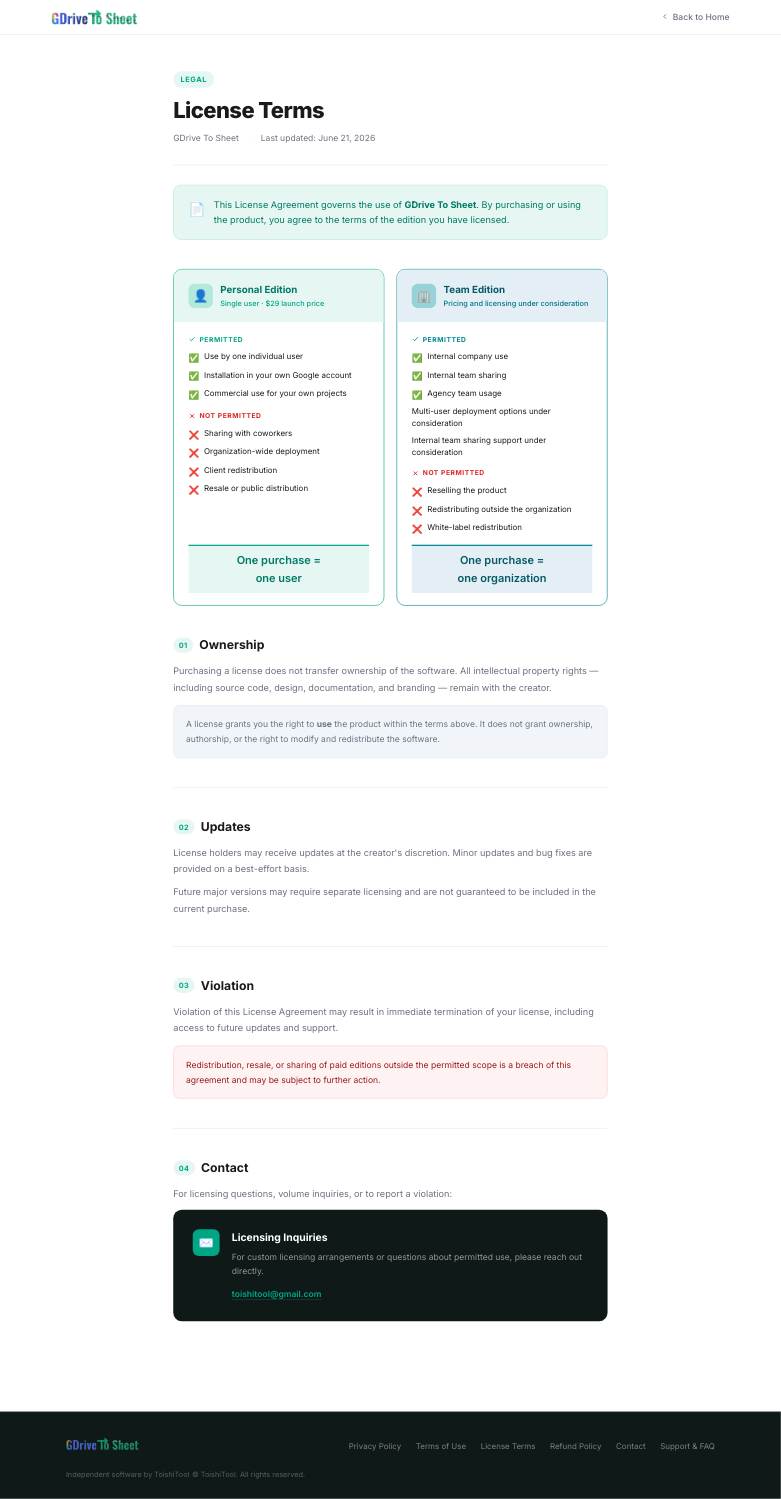
Repository: toishitool/gdrive-to-sheet
Page: license.html
The author's editor kept a copy of each file at every save. The page is drawn from the files as they stood at one save, then again after the next save.
The browser window is 1280 px wide. The pictures show the whole page, at 61% of full size.

Above is the page before, as saved 2026-06-21 20:45:32.

After the next save:
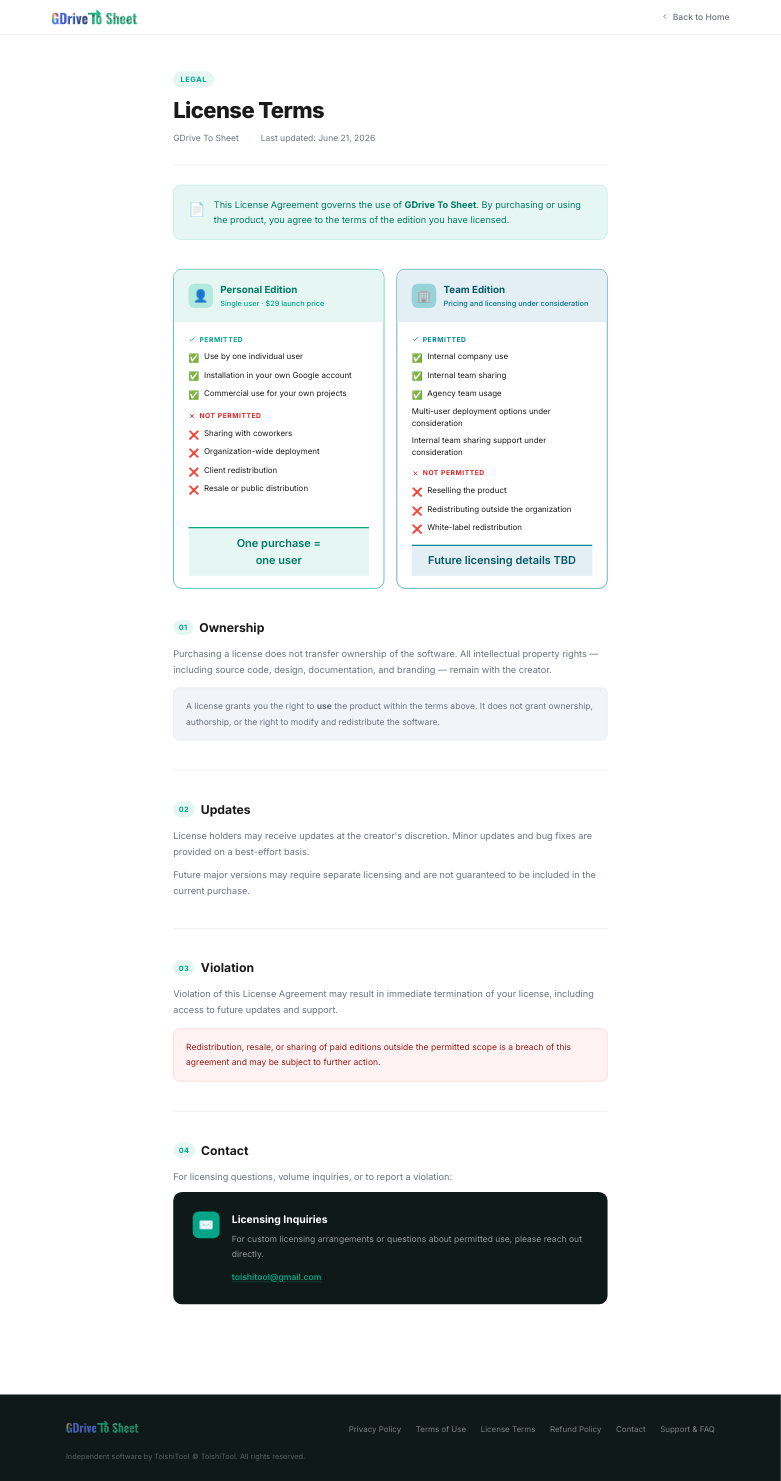
Saved 47 s later.
--- a/license.html
+++ b/license.html
@@ -109,7 +109,7 @@
               <li><span class="ci">❌</span> White-label redistribution</li>
             </ul>
           </div>
-          <div class="card-note">One purchase =<br>one organization</div>
+          <div class="card-note">Future licensing details TBD</div>
         </div>
       </div>
 

After the save that followed:
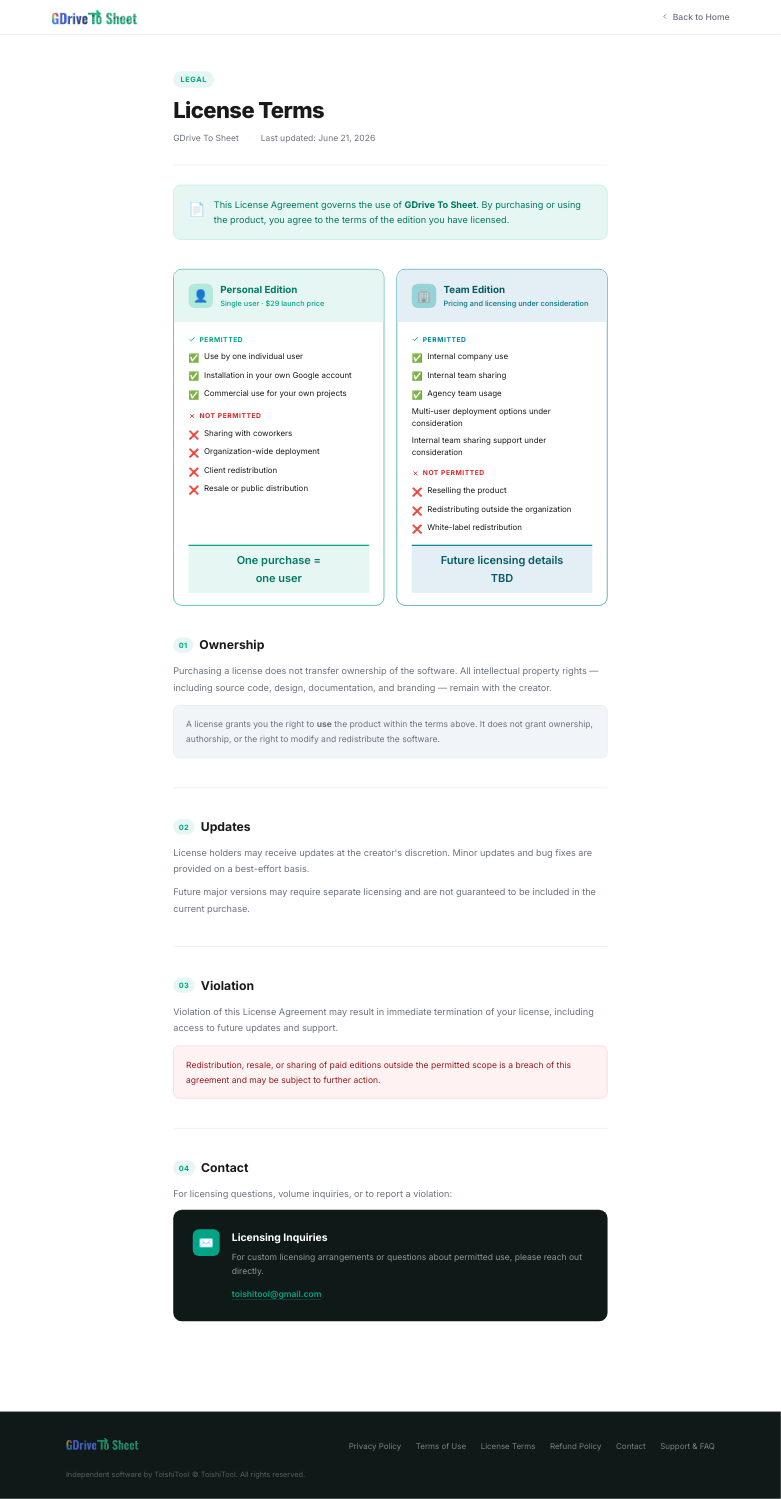
Saved 33 s later.
--- a/license.html
+++ b/license.html
@@ -109,7 +109,7 @@
               <li><span class="ci">❌</span> White-label redistribution</li>
             </ul>
           </div>
-          <div class="card-note">Future licensing details TBD</div>
+          <div class="card-note">Future licensing details<br>TBD</div>
         </div>
       </div>
 
